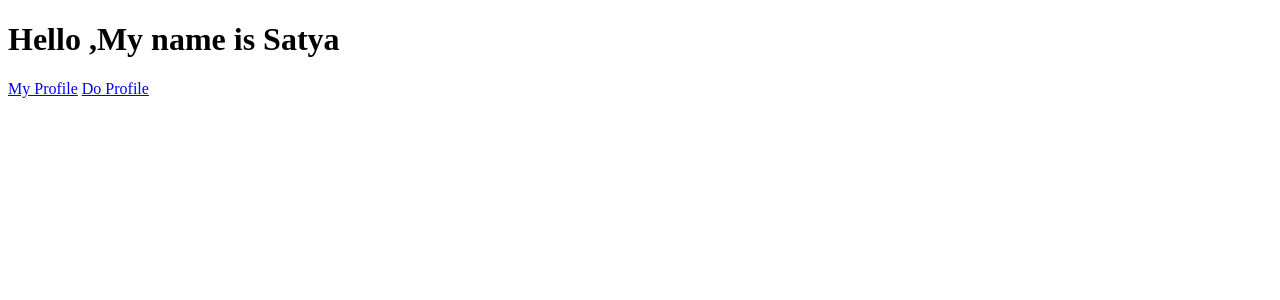
Repository: theplaygod97/Deloitte
Page: Day 16/SpringMVCDemo1/WebContent/index.html
An editor plug-in stored every save of this project. The page is shown before and after the next save, followed by the edit.
The browser window is 1280 px wide. The pictures show the whole page.

Above is the page before, as saved 2020-01-13 09:17:27.

### Day 16/SpringMVCDemo1/WebContent/index.html
<!DOCTYPE html>
<html>
<head>
<meta charset="ISO-8859-1">
<title>Insert title here</title>
</head>
<body>
<h1>Hello ,My name is Satya</h1>
<a href="profile.html">My Profile</a>
</hr>
<a href="profile.do">Do Profile</a>
</body>
</html>

After the next save:
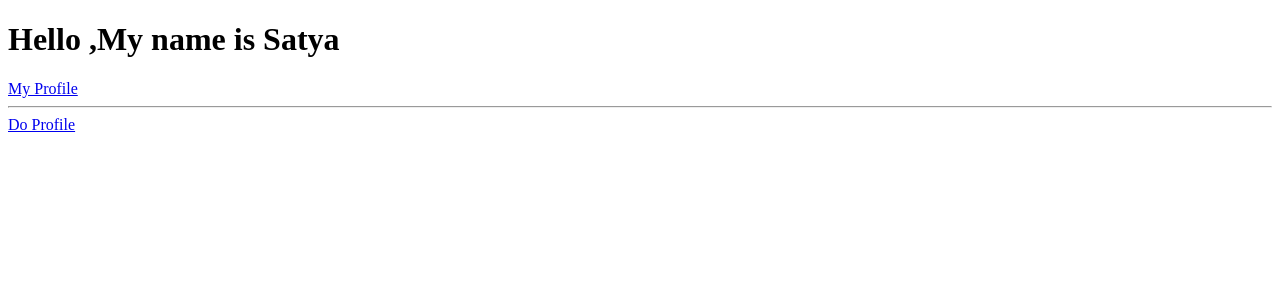
Saved 12 s later.
--- a/Day 16/SpringMVCDemo1/WebContent/index.html
+++ b/Day 16/SpringMVCDemo1/WebContent/index.html
@@ -7,7 +7,7 @@
 <body>
 <h1>Hello ,My name is Satya</h1>
 <a href="profile.html">My Profile</a>
-</hr>
+<hr>
 <a href="profile.do">Do Profile</a>
 </body>
 </html>
